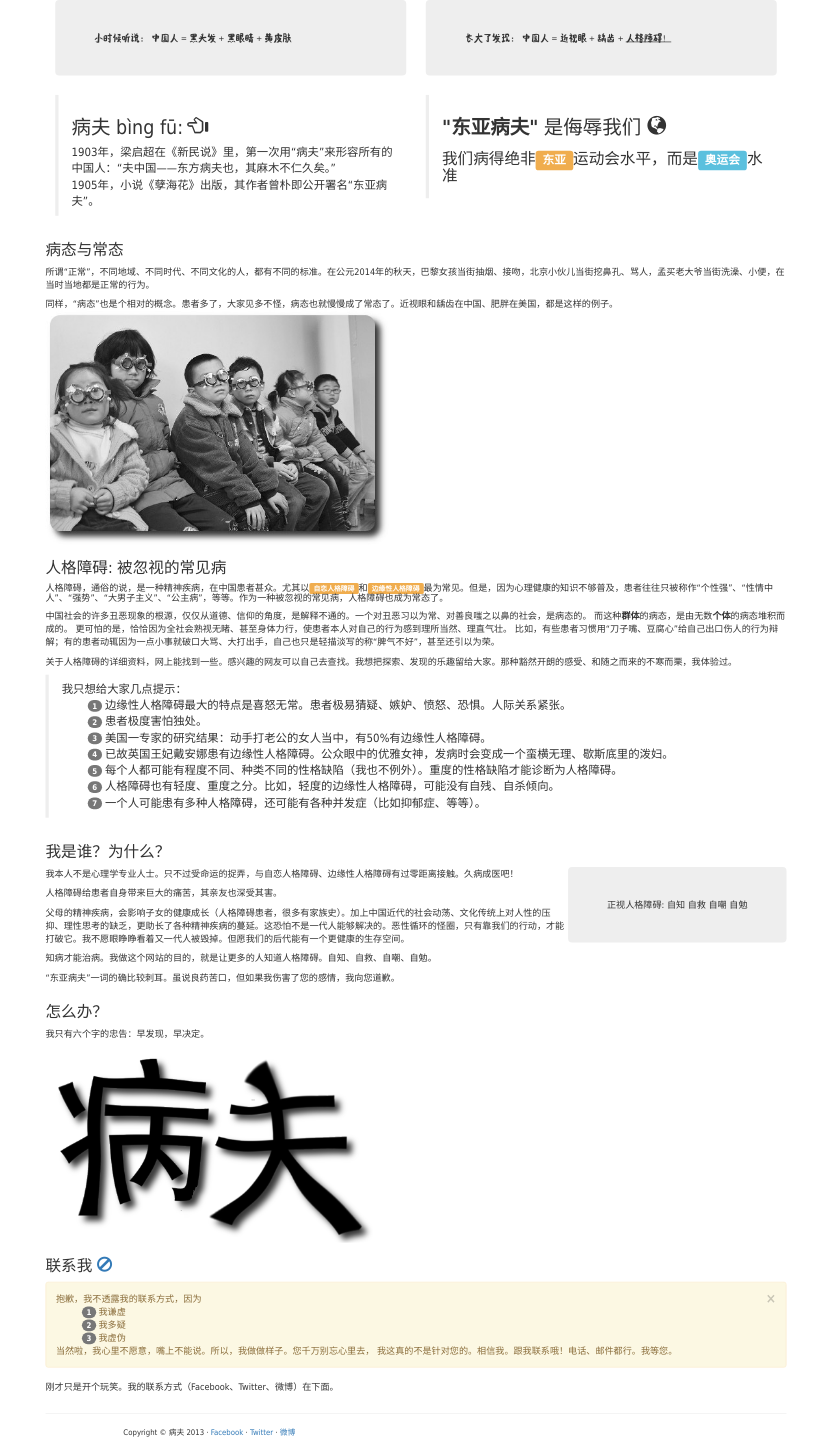
Repository: bingfu/bingfu
Page: public/index.html
The author's editor kept a record of every edit. The page is drawn from the files as they stood at one moment, then again after the next edit.
The browser window is 1280 px wide. The pictures show the whole page, at 65% of full size.
Some web libraries are served in a nearby version.

Above is the page before.

### public/index.html
<!DOCTYPE html>
<html lang="zh">
  <head>
    <meta charset="utf-8">
    <meta name="viewport" content="width=device-width, initial-scale=1.0">
    <meta name="description" content="人格障碍在中国是被忽视的常见病">

    <title>病夫系列网站之一： 人格障碍： 当病态成为常态</title>

    <!-- Bootstrap core CSS -->
    <link href="//netdna.bootstrapcdn.com/bootstrap/3.0.0/css/bootstrap.min.css" rel="stylesheet">

    <!-- Add custom CSS here -->
    <link href="css/ui.totop.css" rel="stylesheet">
    <link href="css/main.css" rel="stylesheet">
  </head>

  <body>

    <div class="container cn">

      <div class="row section">
        <div class="col-lg-12">
          <div class="col-lg-6">
            <div class="jumbotron handwriting">
              小时候听说： 中国人 = 黑头发 + 黑眼睛 + 黄皮肤
            </div>
          </div>
          <div class="col-lg-6">
            <div class="jumbotron handwriting">
            长大了发现： 中国人 = 近视眼 + 龋齿 + <u>人格障碍！</u>
            </div>
          </div>
        </div>
      </div>

      <div class="row section">
        <div class="col-lg-12">
          <div class="col-lg-6">
            <blockquote>
              <h2>病夫 bìng fū: <i class="glyphicon glyphicon-hand-left sandybrown"></i></h2>
                1903年，梁启超在《新民说》里，第一次用“病夫”来形容所有的中国人：“夫中国——东方病夫也，其麻木不仁久矣。”<br />
                1905年，小说《孽海花》出版，其作者曾朴即公开署名“东亚病夫”。
            </blockquote>
          </div>
          <div class="col-lg-6">
            <blockquote>
              <h2><strong>&quot;东亚病夫&quot;</strong> 是侮辱我们 <i class="glyphicon glyphicon-globe lightskyblue"></i></h2>
              <h3>我们病得绝非<div class="label label-warning">东亚</div>运动会水平，而是<div class="label label-info">奥运会</div>水准</h3>
            </blockquote>
          </div>
        </div>
      </div>

      <div class="row section">
        <div class="col-lg-12">
          <h3>病态与常态</h3>
          <p>所谓“正常”，不同地域、不同时代、不同文化的人，都有不同的标准。在公元2014年的秋天，巴黎女孩当街抽烟、接吻，北京小伙儿当街挖鼻孔、骂人，孟买老大爷当街洗澡、小便，在当时当地都是正常的行为。</p>
          <p>同样，“病态”也是个相对的概念。患者多了，大家见多不怪，病态也就慢慢成了常态了。近视眼和龋齿在中国、肥胖在美国，都是这样的例子。
          <img src="img/near-sighted-chinese-children.jpg" alt="中国近视儿童" class="big" /></p>
          <h3>人格障碍: 被忽视的常见病</h3>
          <h5>人格障碍，通俗的说，是一种精神疾病，在中国患者甚众。尤其以<div class="label label-warning">自恋人格障碍</div>和<div class="label label-warning">边缘性人格障碍</div>最为常见。但是，因为心理健康的知识不够普及，患者往往只被称作“个性强”、“性情中人”、“强势”、“大男子主义”、“公主病”，等等。作为一种被忽视的常见病，人格障碍也成为常态了。</h5>
          <p>中国社会的许多丑恶现象的根源，仅仅从道德、信仰的角度，是解释不通的。一个对丑恶习以为常、对善良嗤之以鼻的社会，是病态的。
            而这种<strong>群体</strong>的病态，是由无数<strong>个体</strong>的病态堆积而成的。
            更可怕的是，恰恰因为全社会熟视无睹、甚至身体力行，使患者本人对自己的行为感到理所当然、理直气壮。
            比如，有些患者习惯用“刀子嘴、豆腐心”给自己出口伤人的行为辩解；有的患者动辄因为一点小事就破口大骂、大打出手，自己也只是轻描淡写的称“脾气不好”，甚至还引以为荣。
          </p>
          <p>关于人格障碍的详细资料，网上能找到一些。感兴趣的网友可以自己去查找。我想把探索、发现的乐趣留给大家。那种豁然开朗的感受、和随之而来的不寒而栗，我体验过。</p>
          <blockquote>
            我只想给大家几点提示：
            <ul style="list-style-type:none;">
              <li><div class="badge">1</div> 边缘性人格障碍最大的特点是喜怒无常。患者极易猜疑、嫉妒、愤怒、恐惧。人际关系紧张。</li>
              <li><div class="badge">2</div> 患者极度害怕独处。</li>
              <li><div class="badge">3</div> 美国一专家的研究结果：动手打老公的女人当中，有50%有边缘性人格障碍。</li>
              <li><div class="badge">4</div> 已故英国王妃戴安娜患有边缘性人格障碍。公众眼中的优雅女神，发病时会变成一个蛮横无理、歇斯底里的泼妇。</li>
              <li><div class="badge">5</div> 每个人都可能有程度不同、种类不同的性格缺陷（我也不例外）。重度的性格缺陷才能诊断为人格障碍。</li>
              <li><div class="badge">6</div> 人格障碍也有轻度、重度之分。比如，轻度的边缘性人格障碍，可能没有自残、自杀倾向。</li>
              <li><div class="badge">7</div> 一个人可能患有多种人格障碍，还可能有各种并发症（比如抑郁症、等等）。</li>
            </ul>
          </blockquote>
        </div>
      </div>

      <div class="row section">
        <div class="col-lg-12">
          <h3>我是谁？为什么？</h3>
          <div  class="jumbotron pull-right">正视人格障碍: 自知 自救 自嘲 自勉</div>
          <p>我本人不是心理学专业人士。只不过受命运的捉弄，与自恋人格障碍、边缘性人格障碍有过零距离接触。久病成医吧！</p>
          <p>人格障碍给患者自身带来巨大的痛苦，其亲友也深受其害。</p>
          <p>父母的精神疾病，会影响子女的健康成长（人格障碍患者，很多有家族史）。加上中国近代的社会动荡、文化传统上对人性的压抑、理性思考的缺乏，更助长了各种精神疾病的蔓延。这恐怕不是一代人能够解决的。恶性循环的怪圈，只有靠我们的行动，才能打破它。我不愿眼睁睁看着又一代人被毁掉。但愿我们的后代能有一个更健康的生存空间。</p>
          <p>知病才能治病。我做这个网站的目的，就是让更多的人知道人格障碍。自知、自救、自嘲、自勉。</p>
          <p>“东亚病夫”一词的确比较刺耳。虽说良药苦口，但如果我伤害了您的感情，我向您道歉。</p>
        </div>
      </div>

      <div class="row section">
        <div class="col-lg-12">
          <h3>怎么办？</h3>
          <p>我只有六个字的忠告：早发现，早决定。</p>
        </div>
      </div>

      <div class="row section">
        <div class="col-lg-12">
            <img src="/img/bingfu.png" class="bingfu" />
        </div>
      </div>

      <div class="row section">
        <div class="col-lg-12">
          <h3>联系我 <a class="glyphicon glyphicon-ban-circle red" id="contact"></a></h3>
          <div class="alert alert-warning">
            <a class="close" data-dismiss="alert">×</a>
            抱歉，我不透露我的联系方式，因为
            <ul style="list-style-type:none;">
              <li><div class="badge">1</div> 我谦虚</li>
              <li><div class="badge">2</div> 我多疑</li>
              <li><div class="badge">3</div> 我虚伪</li>
            </ul>
            当然啦，我心里不愿意，嘴上不能说。所以，我做做样子。您千万别忘心里去，
            我这真的不是针对您的。相信我。跟我联系哦！电话、邮件都行。我等您。
          </div>
          <p>刚才只是开个玩笑。我的联系方式（Facebook、Twitter、微博）在下面。</p>
        </div>
      </div>

      <hr>

      <footer>
        <div class="row">
          <div class="col-lg-12">
            <p class="small text-center bingfu">Copyright &copy; 病夫 2013 &middot; <a href="https://www.facebook.com/bing.fu.796" target="_blank">Facebook</a> &middot; <a href="https://twitter.com/bingfu_org" target="_blank">Twitter</a> &middot; <a href="http://weibo.com/u/2398524780" target="_blank">微博</a></p>
          </div>
        </div>
      </footer>

    </div><!-- /.container -->

    <!-- Bootstrap core JavaScript -->
    <!-- Placed at the end of the document so the pages load faster -->
    <script src="//ajax.googleapis.com/ajax/libs/jquery/1.9.1/jquery.min.js"></script>
    <script src="//netdna.bootstrapcdn.com/bootstrap/3.0.0/js/bootstrap.min.js"></script>
    <!-- easing plugin -->
	<script src="js/easing.js" type="text/javascript"></script>
	<!-- UItoTop plugin -->
	<script src="js/jquery.ui.totop.min.js" type="text/javascript"></script>
    <script src="js/to-top.js"></script>

    <!-- Google Analytics -->
    <script>
        (function(i,s,o,g,r,a,m){i['GoogleAnalyticsObject']=r;i[r]=i[r]||function(){
        (i[r].q=i[r].q||[]).push(arguments)},i[r].l=1*new Date();a=s.createElement(o),
        m=s.getElementsByTagName(o)[0];a.async=1;a.src=g;m.parentNode.insertBefore(a,m)
        })(window,document,'script','//www.google-analytics.com/analytics.js','ga');

        ga('create', 'UA-45350955-1', 'bingfu.herokuapp.com');
        ga('send', 'pageview');

    </script>
  </body>
</html>

### public/css/ui.totop.css
/*
|--------------------------------------------------------------------------
| UItoTop jQuery Plugin 1.2
| http://www.mattvarone.com/web-design/uitotop-jquery-plugin/
|--------------------------------------------------------------------------
*/

#toTop {
	display:none;
	text-decoration:none;
	position:fixed;
	bottom:10px;
	right:10px;
	overflow:hidden;
	width:51px;
	height:51px;
	border:none;
	text-indent:100%;
	background:url(../img/ui.totop.png) no-repeat left top;
}

#toTopHover {
	background:url(../img/ui.totop.png) no-repeat left -51px;
	width:51px;
	height:51px;
	display:block;
	overflow:hidden;
	float:left;
	opacity: 0;
	-moz-opacity: 0;
	filter:alpha(opacity=0);
}

#toTop:active, #toTop:focus {
	outline:none;
}

### public/css/main.css
@font-face
{
    font-family: "HD HPMST";
    src: url("/fonts/HD-HPMST.ttf");
}

.handwriting
{
    font-family: "HD HPMST", "Microsoft YaHei","Tahoma","SimHei";
}

.cn {
    font-family: "Microsoft YaHei","Tahoma","SimHei";
}

h1, h2, h3, h4, h5 {
    font-family: "Microsoft YaHei","Tahoma","SimHei" !important;
}

img.big {
    width: 90%;
    max-width: 530px;
}

.bingfu {
    width: 90%;
    max-width: 504px;
}

### public/js/easing.js
/*
 * jQuery EasIng v1.1.2 - http://gsgd.co.uk/sandbox/jquery.easIng.php
 *
 * Uses the built In easIng capabilities added In jQuery 1.1
 * to offer multiple easIng options
 *
 * Copyright (c) 2007 George Smith
 * Licensed under the MIT License:
 *   http://www.opensource.org/licenses/mit-license.php
 */

// t: current time, b: begInnIng value, c: change In value, d: duration

jQuery.extend( jQuery.easing,
{
	easeInQuad: function (x, t, b, c, d) {
		return c*(t/=d)*t + b;
	},
	easeOutQuad: function (x, t, b, c, d) {
		return -c *(t/=d)*(t-2) + b;
	},
	easeInOutQuad: function (x, t, b, c, d) {
		if ((t/=d/2) < 1) return c/2*t*t + b;
		return -c/2 * ((--t)*(t-2) - 1) + b;
	},
	easeInCubic: function (x, t, b, c, d) {
		return c*(t/=d)*t*t + b;
	},
	easeOutCubic: function (x, t, b, c, d) {
		return c*((t=t/d-1)*t*t + 1) + b;
	},
	easeInOutCubic: function (x, t, b, c, d) {
		if ((t/=d/2) < 1) return c/2*t*t*t + b;
		return c/2*((t-=2)*t*t + 2) + b;
	},
	easeInQuart: function (x, t, b, c, d) {
		return c*(t/=d)*t*t*t + b;
	},
	easeOutQuart: function (x, t, b, c, d) {
		return -c * ((t=t/d-1)*t*t*t - 1) + b;
	},
	easeInOutQuart: function (x, t, b, c, d) {
		if ((t/=d/2) < 1) return c/2*t*t*t*t + b;
		return -c/2 * ((t-=2)*t*t*t - 2) + b;
	},
	easeInQuint: function (x, t, b, c, d) {
		return c*(t/=d)*t*t*t*t + b;
	},
	easeOutQuint: function (x, t, b, c, d) {
		return c*((t=t/d-1)*t*t*t*t + 1) + b;
	},
	easeInOutQuint: function (x, t, b, c, d) {
		if ((t/=d/2) < 1) return c/2*t*t*t*t*t + b;
		return c/2*((t-=2)*t*t*t*t + 2) + b;
	},
	easeInSine: function (x, t, b, c, d) {
		return -c * Math.cos(t/d * (Math.PI/2)) + c + b;
	},
	easeOutSine: function (x, t, b, c, d) {
		return c * Math.sin(t/d * (Math.PI/2)) + b;
	},
	easeInOutSine: function (x, t, b, c, d) {
		return -c/2 * (Math.cos(Math.PI*t/d) - 1) + b;
	},
	easeInExpo: function (x, t, b, c, d) {
		return (t==0) ? b : c * Math.pow(2, 10 * (t/d - 1)) + b;
	},
	easeOutExpo: function (x, t, b, c, d) {
		return (t==d) ? b+c : c * (-Math.pow(2, -10 * t/d) + 1) + b;
	},
	easeInOutExpo: function (x, t, b, c, d) {
		if (t==0) return b;
		if (t==d) return b+c;
		if ((t/=d/2) < 1) return c/2 * Math.pow(2, 10 * (t - 1)) + b;
		return c/2 * (-Math.pow(2, -10 * --t) + 2) + b;
	},
	easeInCirc: function (x, t, b, c, d) {
		return -c * (Math.sqrt(1 - (t/=d)*t) - 1) + b;
	},
	easeOutCirc: function (x, t, b, c, d) {
		return c * Math.sqrt(1 - (t=t/d-1)*t) + b;
	},
	easeInOutCirc: function (x, t, b, c, d) {
		if ((t/=d/2) < 1) return -c/2 * (Math.sqrt(1 - t*t) - 1) + b;
		return c/2 * (Math.sqrt(1 - (t-=2)*t) + 1) + b;
	},
	easeInElastic: function (x, t, b, c, d) {
		var s=1.70158;var p=0;var a=c;
		if (t==0) return b;  if ((t/=d)==1) return b+c;  if (!p) p=d*.3;
		if (a < Math.abs(c)) { a=c; var s=p/4; }
		else var s = p/(2*Math.PI) * Math.asin (c/a);
		return -(a*Math.pow(2,10*(t-=1)) * Math.sin( (t*d-s)*(2*Math.PI)/p )) + b;
	},
	easeOutElastic: function (x, t, b, c, d) {
		var s=1.70158;var p=0;var a=c;
		if (t==0) return b;  if ((t/=d)==1) return b+c;  if (!p) p=d*.3;
		if (a < Math.abs(c)) { a=c; var s=p/4; }
		else var s = p/(2*Math.PI) * Math.asin (c/a);
		return a*Math.pow(2,-10*t) * Math.sin( (t*d-s)*(2*Math.PI)/p ) + c + b;
	},
	easeInOutElastic: function (x, t, b, c, d) {
		var s=1.70158;var p=0;var a=c;
		if (t==0) return b;  if ((t/=d/2)==2) return b+c;  if (!p) p=d*(.3*1.5);
		if (a < Math.abs(c)) { a=c; var s=p/4; }
		else var s = p/(2*Math.PI) * Math.asin (c/a);
		if (t < 1) return -.5*(a*Math.pow(2,10*(t-=1)) * Math.sin( (t*d-s)*(2*Math.PI)/p )) + b;
		return a*Math.pow(2,-10*(t-=1)) * Math.sin( (t*d-s)*(2*Math.PI)/p )*.5 + c + b;
	},
	easeInBack: function (x, t, b, c, d, s) {
		if (s == undefined) s = 1.70158;
		return c*(t/=d)*t*((s+1)*t - s) + b;
	},
	easeOutBack: function (x, t, b, c, d, s) {
		if (s == undefined) s = 1.70158;
		return c*((t=t/d-1)*t*((s+1)*t + s) + 1) + b;
	},
	easeInOutBack: function (x, t, b, c, d, s) {
		if (s == undefined) s = 1.70158;
		if ((t/=d/2) < 1) return c/2*(t*t*(((s*=(1.525))+1)*t - s)) + b;
		return c/2*((t-=2)*t*(((s*=(1.525))+1)*t + s) + 2) + b;
	},
	easeInBounce: function (x, t, b, c, d) {
		return c - jQuery.easing.easeOutBounce (x, d-t, 0, c, d) + b;
	},
	easeOutBounce: function (x, t, b, c, d) {
		if ((t/=d) < (1/2.75)) {
			return c*(7.5625*t*t) + b;
		} else if (t < (2/2.75)) {
			return c*(7.5625*(t-=(1.5/2.75))*t + .75) + b;
		} else if (t < (2.5/2.75)) {
			return c*(7.5625*(t-=(2.25/2.75))*t + .9375) + b;
		} else {
			return c*(7.5625*(t-=(2.625/2.75))*t + .984375) + b;
		}
	},
	easeInOutBounce: function (x, t, b, c, d) {
		if (t < d/2) return jQuery.easing.easeInBounce (x, t*2, 0, c, d) * .5 + b;
		return jQuery.easing.easeOutBounce (x, t*2-d, 0, c, d) * .5 + c*.5 + b;
	}
});

### public/js/to-top.js
$(document).ready(function() {
	$().UItoTop({ easingType: 'easeOutQuart' });
});

Loaded but not shown: public/js/jquery.ui.totop.min.js (common file)

After the next edit:
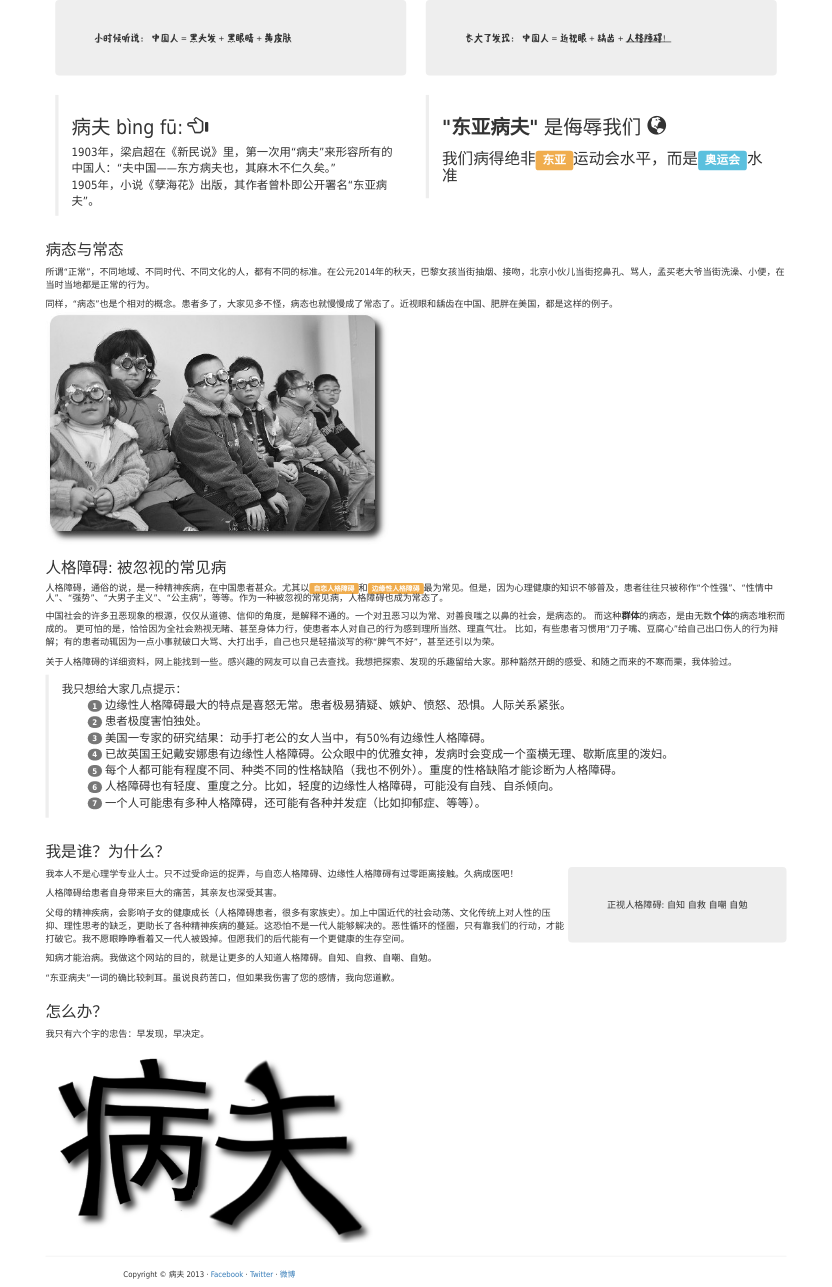
The edit:
--- a/public/index.html
+++ b/public/index.html
@@ -106,24 +106,6 @@
         </div>
       </div>
 
-      <div class="row section">
-        <div class="col-lg-12">
-          <h3>联系我 <a class="glyphicon glyphicon-ban-circle red" id="contact"></a></h3>
-          <div class="alert alert-warning">
-            <a class="close" data-dismiss="alert">×</a>
-            抱歉，我不透露我的联系方式，因为
-            <ul style="list-style-type:none;">
-              <li><div class="badge">1</div> 我谦虚</li>
-              <li><div class="badge">2</div> 我多疑</li>
-              <li><div class="badge">3</div> 我虚伪</li>
-            </ul>
-            当然啦，我心里不愿意，嘴上不能说。所以，我做做样子。您千万别忘心里去，
-            我这真的不是针对您的。相信我。跟我联系哦！电话、邮件都行。我等您。
-          </div>
-          <p>刚才只是开个玩笑。我的联系方式（Facebook、Twitter、微博）在下面。</p>
-        </div>
-      </div>
-
       <hr>
 
       <footer>
